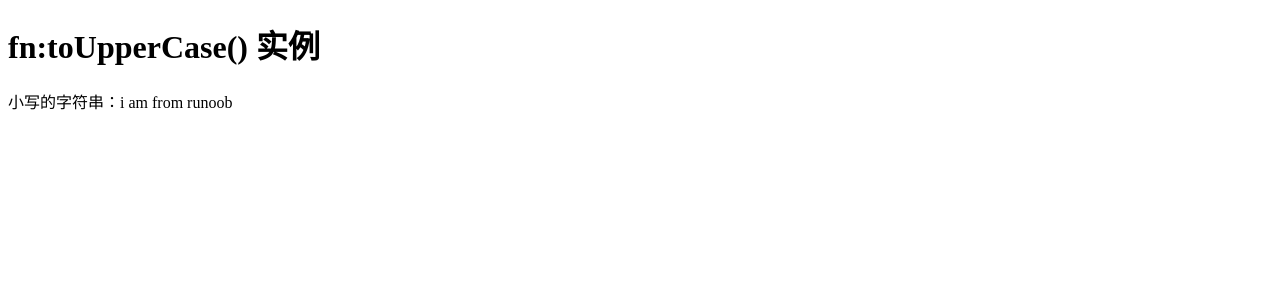
Repository: eterinfi/java
Page: http://localhost/JSPDemo/JSTLDemo/functions/fn_toUpperCase.jsp
These files come from the project's save history. The page is drawn as it stood at one moment and after the next save; the edit follows.
The browser window is 1280 px wide. The pictures show the whole page.
The page is served by Tomcat 9.

Above is the page before, as saved 2016-11-16 05:21:50.

After the next save:
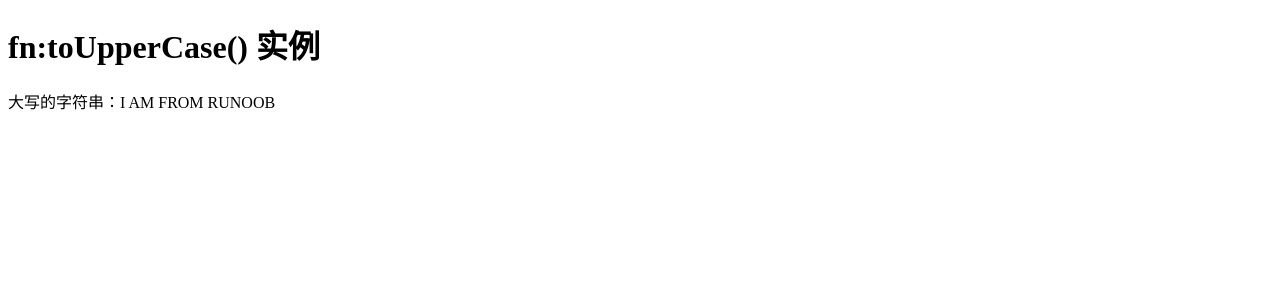
Saved 45 s later.
--- a/jee/JSPDemo/WebContent/JSTLDemo/functions/fn_toUpperCase.jsp
+++ b/jee/JSPDemo/WebContent/JSTLDemo/functions/fn_toUpperCase.jsp
@@ -10,8 +10,8 @@
 </head>
 <body>
   <h1>fn:toUpperCase() 实例</h1>
-  <c:set var="string1" value="I am from RUNOOB" />
-  <c:set var="string2" value="${fn:toLowerCase(string1)}" />
-  <p>小写的字符串：${string2}</p>
+  <c:set var="string1" value="I am from runoob" />
+  <c:set var="string2" value="${fn:toUpperCase(string1)}" />
+  <p>大写的字符串：${string2}</p>
 </body>
 </html>
